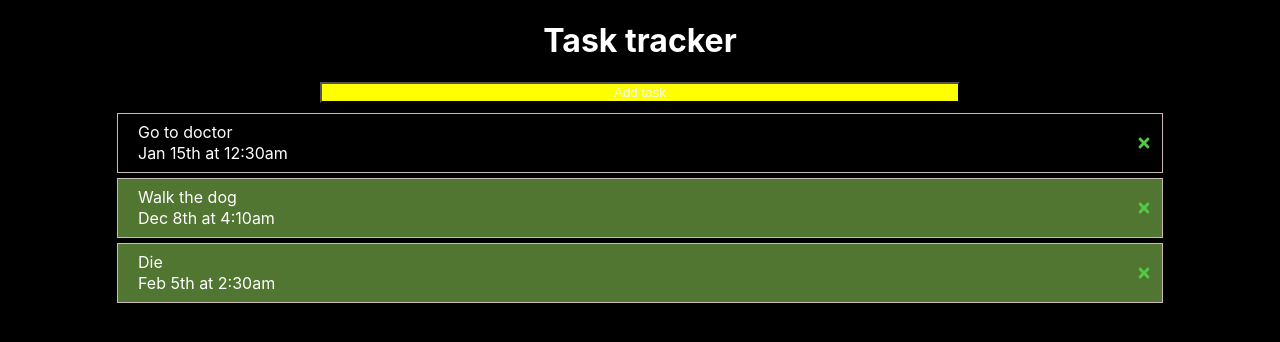
Repository: roscaImarius/task-tracker-react
Page: /
These files come from the project's save history. The page is drawn as it stood at one moment and after the next save; the edit follows.
The browser window is 1280 px wide. The pictures show the whole page.
The project was rebuilt for these pictures with package versions that can differ from the ones it lists, and the page was loaded fresh each time. Also part of the build but not shown: src/components/AddTask.js.

Above is the page before, as saved 2021-03-31 12:54:41.

After the next save:
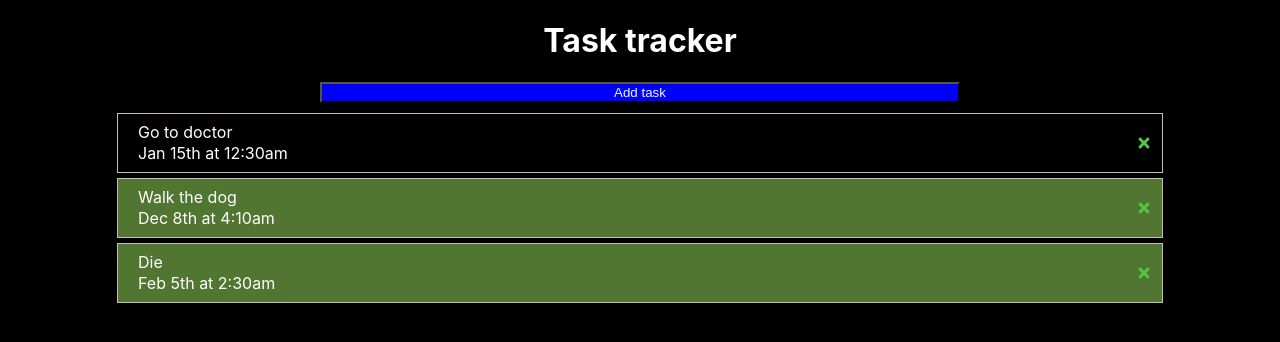
Saved 79 s later.
--- a/src/components/Header.js
+++ b/src/components/Header.js
@@ -21,7 +21,7 @@ const Header = ({
         onClick={onClickAdd}
         showAdd={showAdd}
         setShowAdd={setShowAdd}
-        color="yellow"
+        // color="yellow"
       />
       {showAdd && <AddTask onSaveTask={onSaveTask} />}
       <Tasks onDelete={onDelete} onDubleClick={onDubleClick} tasks={tasks} />
